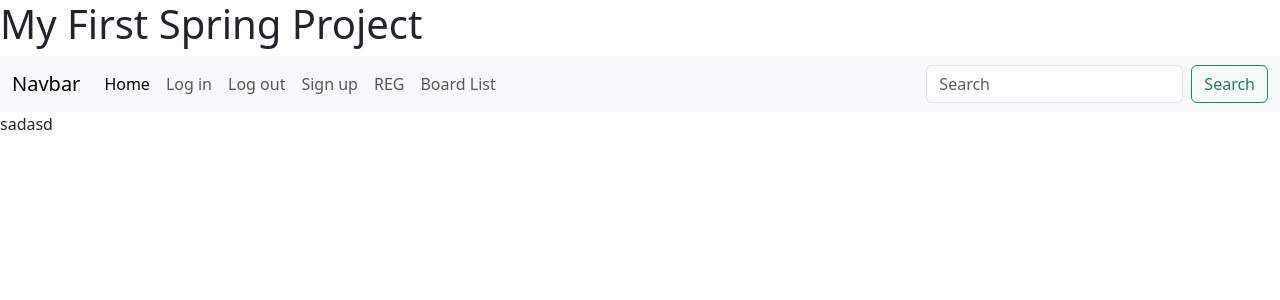
Repository: dfhdfhdfsza/springtest
Page: http://localhost/spring-Test/WEB-INF/views/member/login.jsp
The author's editor kept a copy of each file at every save. The page is drawn from the files as they stood at one save, then again after the next save.
The browser window is 1280 px wide. The pictures show the whole page.
The page is served by Tomcat 9. Nobody is signed in. The template is opened directly, without the code that normally fills it, so the values that code supplies are empty.

Above is the page before, as saved 2023-10-06 07:00:37.

After the next save:
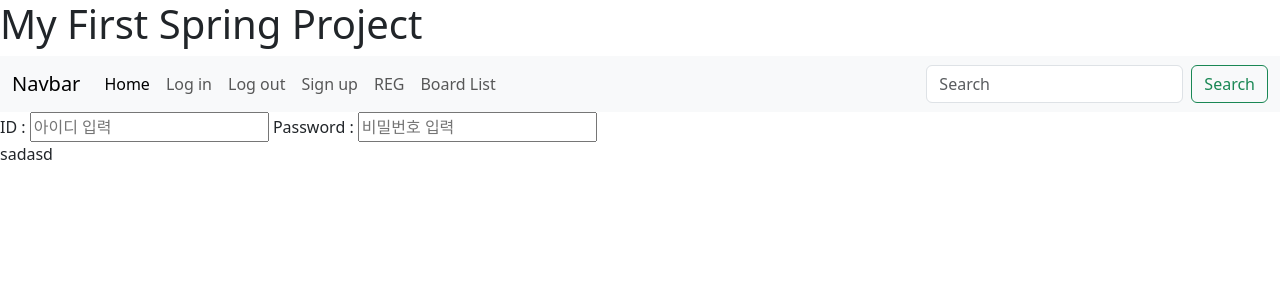
Saved 104 s later.
--- a/spring-Test/src/main/webapp/WEB-INF/views/member/login.jsp
+++ b/spring-Test/src/main/webapp/WEB-INF/views/member/login.jsp
@@ -9,7 +9,10 @@
 </head>
 <body>
 	<jsp:include page="../layout/header.jsp"></jsp:include>
-
+	<form action="/member/login">
+		ID : <input type="text" name="id" placeholder="아이디 입력">
+		Password : <input type="text" name="pw" placeholder="비밀번호 입력">
+	</form>
 	<jsp:include page="../layout/footer.jsp"></jsp:include>
 </body>
 </html>
